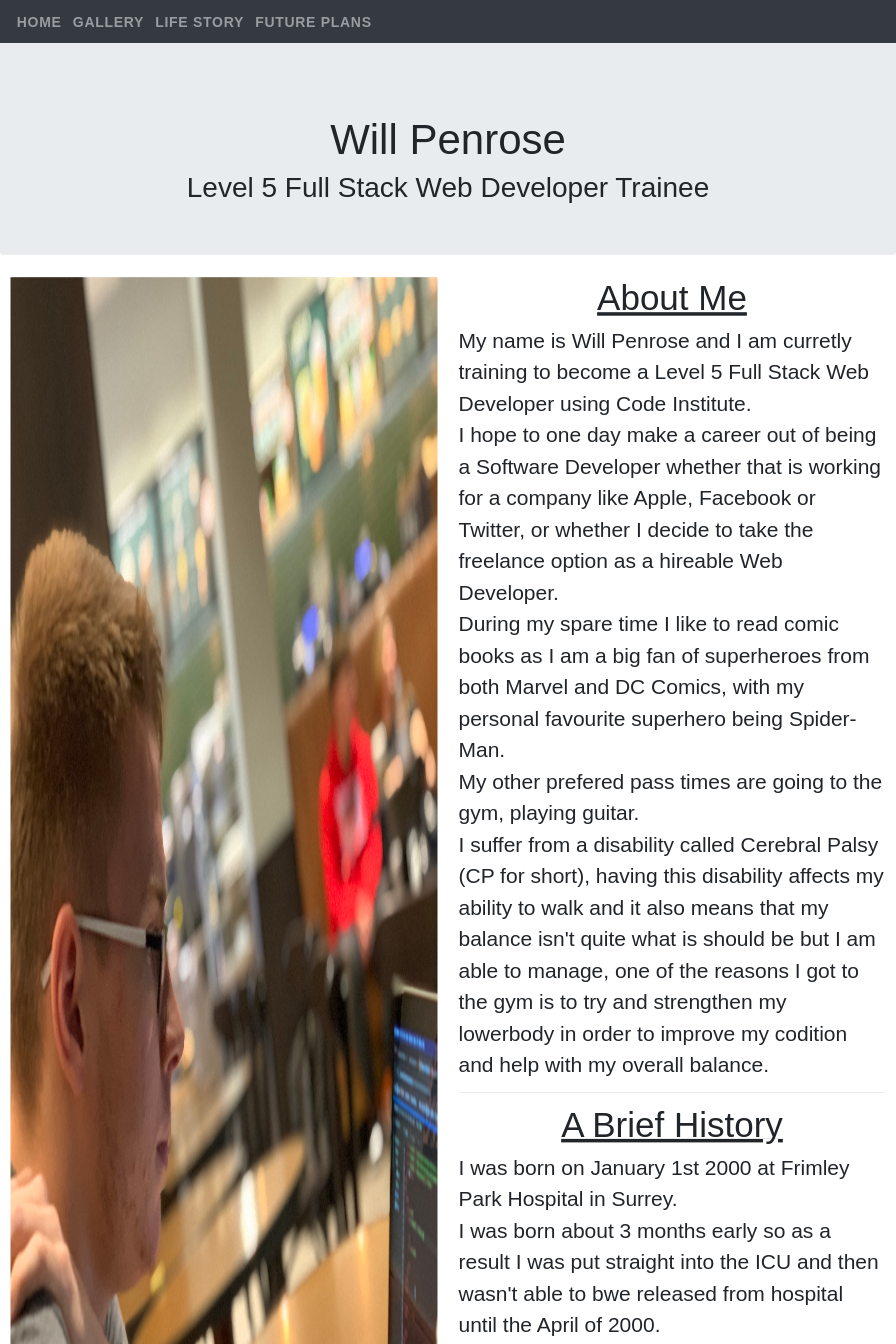
Repository: Code-Institute-Submissions/user-centric-frontend-dev-milestone-project
Page: index.html
The author's editor kept a record of every edit. The page is drawn from the files as they stood at one moment, then again after the next edit.
The browser window is 1280 px wide. The pictures show the part of the page from y = 0 to 1920 px (the page is 3505 px tall), at 70% of full size.
Some web fonts or font styles are not loaded; a fallback is used.

Above is the page before.

### index.html
<!DOCTYPE html>
<html lang="en">

<head>
    <meta charset="UTF-8">
    <meta name="viewport" content="width=device-width, initial-scale=1.0">
    <meta http-equiv="X-UA-Compatible" content="ie=edge">
    <link rel="stylesheet" href="assets/css/style.css" type="text/css" />
    <link rel="stylesheet" href="https://stackpath.bootstrapcdn.com/font-awesome/4.7.0/css/font-awesome.min.css" type="text/css" />
    <link rel="stylesheet" href="https://stackpath.bootstrapcdn.com/bootstrap/4.3.1/css/bootstrap.min.css" type="text/css" />
    <title>Will Penrose Autobiography</title>
</head>

<body>
    <header>
        <!--------------------------------------NAVBAR----------------------------->

        <nav class="navbar navbar-expand-sm navbar-dark bg-dark fixed-top text-uppercase">
            <button class="navbar-toggler" data-toggle="collapse" data-target="#collapse_target">
                <span class="navbar-toggler-icon"></span>
            </button>
            <div class="collapse navbar-collapse" id="collapse-target">
                <ul class="navbar-nav">
                    <li class="nav-item">
                        <a class="nav-link" href="index.html">Home</a>
                    </li>
                    <li class="nav-item">
                        <a class="nav-link" href="gallery.html">Gallery</a>
                    </li>
                    <li class="nav-item">
                        <a class="nav-link" href="story.html">Life Story</a>
                    </li>
                    <li class="nav-item">
                        <a class="nav-link" href="plans.html">Future Plans</a>
                    </li>
                </ul>
            </div>
        </nav>
        <!--------------------------------------JUMBOTRON----------------------------->
        <div class="container-fluid">
            <div class="row jumbotron">
                <div class="col-12 heading">
                    <h1 class="name">Will Penrose</h1>
                    <h2 class="title">Level 5 Full Stack Web Developer Trainee</h2>
                </div>
            </div>
        </div>
    </header>

    <!--------------------------------------MAIN CONTENT----------------------------->

    <section>
        <div class="container-fluid">
            <div class="row">
                <div class="col-sm-12 col-md-12 col-lg-6">
                    <img src="assets/images/will.jpg" class="image"></img>
                </div>
                <div class="col-sm-12 col-md-12 col-lg-6 home-paragraphs">
                    <h3 class="paragraph-heading">About Me</h3>
                    <p class="home-paragraphs">
                        My name is Will Penrose and I am curretly training to become a Level 5 Full Stack Web Developer using Code Institute.<br> I hope to one day make a career out of being a Software Developer whether that is working for a company like
                        Apple, Facebook or Twitter, or whether I decide to take the freelance option as a hireable Web Developer.<br> During my spare time I like to read comic books as I am a big fan of superheroes from both Marvel and DC Comics, with
                        my personal favourite superhero being Spider-Man.<br> My other prefered pass times are going to the gym, playing guitar.<br> I suffer from a disability called Cerebral Palsy (CP for short), having this disability affects my ability
                        to walk and it also means that my balance isn't quite what is should be but I am able to manage, one of the reasons I got to the gym is to try and strengthen my lowerbody in order to improve my codition and help with my overall
                        balance.
                    </p>
                    <hr>
                    <h3 class="paragraph-heading">A Brief History</h3>
                    <p class="home-paragraphs">
                        I was born on January 1st 2000 at Frimley Park Hospital in Surrey.<br> I was born about 3 months early so as a result I was put straight into the ICU and then wasn't able to bwe released from hospital until the April of 2000.<br>                        It wasn't until I was about 2 years old that I was diagnosed with CP, due to being told that I have CP I did not walk until the age of 4 and even then it took a very long while for mw to become cofident, I was able to get sround
                        by using walking aids such as frames or even things like door frames to help keep me steady.<br> My childhood was quite a wild ride, I went from living with my Mum until the age of 7 and then I moved in with my Dad and younger
                        brother Cooper until the age of 13, at which time I moved back in with my Mum until I was 15.<br> Finally I moved out of livng eith my Mum and moved into accommodation funded by the group known as Step By Step which is where I
                        am at this current time.
                    </p>
                    <hr>
                    <h3 class="paragraph-heading">Work History</h3>
                    <p class="home-paragraphs">
                        My work history isnt that full but over time I wish to add a programming position of some description to it.<br>
                        <ul>
                            <li>
                                TravelEx: April 2018 - August 2018
                            </li>
                            <li>
                                CurrysPCWorld: November 2018 - May 2019
                            </li>
                            <li>
                                Carphone Warehouse: May 2019 - August 2019
                            </li>
                            <li>
                                CurrysPCWorld: August 2019 - Present
                            </li>
                        </ul>
                    </p>
                </div>
            </div>
        </div>
    </section>
    <!--------------------------------------FOOTER----------------------------->
    <footer>
        <div class="container-fluid">
            <div class="row">
                <div class="col-sm-4 footer-paragraph">
                    <h4 class="footer-section text-uppercase">Email Me:</h4>
                    <p>
                        Want to get into contact with me?<br> Click the evelope and fill out the contact me form:
                        <br>
                        <a href="contact.html" target="_blank">
                            <i class="fa fa-at email" aria-hidden="true"></i>
                            <span class="sr-only">Email</span>
                        </a>
                    </p>
                </div>
                <div class="col-sm-4 footer-paragraph">
                    <h4 class="footer-section text-uppercase social-links">GitHub</h4>
                    <p>
                        Want to see how I made this website a long with my other projects? Feel free to browse my GitHub!
                        <br>
                        <a href="https://github.com/mrwillpenrose" target="_blank">
                            <i class="fa fa-github" aria-hidden="true"></i>
                            <span class="sr-only">GitHub</span>
                        </a>
                    </p>
                </div>
                <div class="col-sm-4 footer-paragraph">
                    <h4 class="footer-section text-uppercase">Socials</h4>
                    <ul class="list-inline social-links">
                        <li class="list-inline-item">
                            <a href="https://www.facebook.com/will.penrose.94" target="_blank">
                                <i class="fa fa-facebook" aria-hidden="true"></i>
                                <span class="sr-only">Facebook</span>
                            </a>
                        </li>
                        <li class="list-inline-item">
                            <a href="https://twitter.com/WillP3nrose" target="_blank">
                                <i class="fa fa-twitter" aria-hidden="true"></i>
                                <span class="sr-only">Twitter</span>
                            </a>
                        </li>
                        <li class="list-inline-item">
                            <a href="https://www.instagram.com/mrwillpenrose/" target="_blank">
                                <i class="fa fa-instagram" aria-hidden="true"></i>
                                <span class="sr-only">Instagram</span>
                            </a>
                        </li>
                        <li class="list-inline-item">
                            <a href="https://imgur.com/5HMoy86" target="_blank">
                                <i class="fa fa-snapchat" aria-hidden="true"></i>
                                <span class="sr-only">Snapchat</span>
                            </a>
                        </li>
                    </ul>
                </div>
            </div>
        </div>
    </footer>
</body>

</html>

### assets/css/style.css
@import url('https://fonts.googleapis.com/css?family=Odibee+Sans&display=swap:100,200,300,400,500,600,700|PT Sans Narrow:100,200,300,400,500,600,700');

/*---------------------------Navbar*/

.navbar {
    font-family: "Odibee Sans", sans-serif;
    font-size: 20px;
    letter-spacing: 1px;
    font-weight: 600;
}

/*---------------------------General*/

.inline-block {
    display: inline-block;
}

/*---------------------------Home Page Heading*/

.heading {
    text-align: center;
    margin: 0;
    padding-top: 100px;
}

img {
    width: 100%;
    height: 100%;
}

.jumbotron .name {
    font-family: "Odibee Sans", sans-serif;
    font-weight: 500;
    font-size: 60px
}

.jumbotron .title {
    font-family: "PT Sans Narrow", sans-serif;
    font-weight: 300;
    font-size: 40px
}

/*----------------------Home Page Text*/

.paragraph-heading {
    font-family: "Odibee Sans", sans-serif;
    font-size: 50px;
    text-align: center;
    text-decoration: underline;

}

.home-paragraphs {
    font-family: "PT Sans Narrow", sans-serif;
    font-size: 30px;
    width: 100%;
}

/*----------------------Media Quires*/

@media (max-width: 992px) {
    .home-paragraphs {
        padding-top: 20px;
    }
}

/*----------------------Contact Form*/

.contact-title {
    text-align: center;
}

/*----------------------Footer and Socials*/

footer {
    background-color: #343a40;
    color: rgba(255, 255, 255, 0.5);
    margin-top: 10px
}

.footer-paragraph {
    font-family: "PT Sans Narrow", sans-serif;
    text-align: center;
    font-size: 20px;
    font-weight: 400;
}

.footer-section {
    padding-top: 30px;
    text-align: center;
    font-family: "Odibee Sans", sans-serif;
    letter-spacing: 1px;
    font-size: 20px;
    font-weight: 600;
}

/*----------------------Footer Icons*/

.social-links li a i {
    width: 64px;
    height: 64px;
    color: #fff;
    padding: 30px;
}


p a i {
    width: 64px;
    height: 64px;
    color: #fff;
    padding-top: 20px;
}


/*----------------------Story Page*/

.story {
    margin: 0;
    padding-top: 100px;
}

.story-heading {
    font-family: "Odibee Sans", sans-serif;
    font-size: 50px;
    text-align: center;
}

.story-paragraphs {
    font-family: "PT Sans Narrow", sans-serif;
    font-size: 30px;
    display: inline-block;
}


/*----------------------Story Subheadings*/

.birth-subheading {
    font-family: "Odibee Sans", sans-serif;
    font-size: 40px;
    text-align: left;
    text-decoration: underline;
    padding-bottom: 10px
}

.years-subheading {
    font-family: "Odibee Sans", sans-serif;
    font-size: 40px;
    text-align: left;
    text-decoration: underline;
    padding-bottom: 10px
}

.leading-subheading {
    font-family: "Odibee Sans", sans-serif;
    font-size: 40px;
    text-align: left;
    text-decoration: underline;
    padding-bottom: 10px
}

.teen-subheading {
    font-family: "Odibee Sans", sans-serif;
    font-size: 40px;
    text-align: left;
    text-decoration: underline;
    padding-bottom: 10px
}

.present-subheading {
    font-family: "Odibee Sans", sans-serif;
    font-size: 40px;
    text-align: left;
    text-decoration: underline;
    padding-bottom: 10px
}


/*----------------------Gallery Page*/

.gallery {
    margin: 0;
    padding-top: 100px;
}

.gallery-heading {
    font-family: "Odibee Sans", sans-serif;
    font-size: 50px;
    text-align: center;
}

/*----------------------Gallery Images*/

.toprow {
    border-style: solid;
    border-width: 5px;
    border-color: #000;
    max-width: 100%;
    height: auto;
    padding-right: 10px;
    padding-left: 10px;
}

.image_group {
    font-family: "PT Sans Narrow", sans-serif;
    font-size: 25px;
    font-weight: 700;
    padding: 30px;
    text-align: center;
    text-decoration: underline;
}

.second-row {
    border-style: solid;
    border-width: 5px;
    border-color: #000;
    max-width: 100%;
    height: auto;
    padding-right: 10px;
    padding-left: 10px;
}

.third-row {
    border-style: solid;
    border-width: 5px;
    border-color: #000;
    max-width: 100%;
    height: auto;
    padding-right: 10px;
    padding-left: 10px;
}

After the next edit:
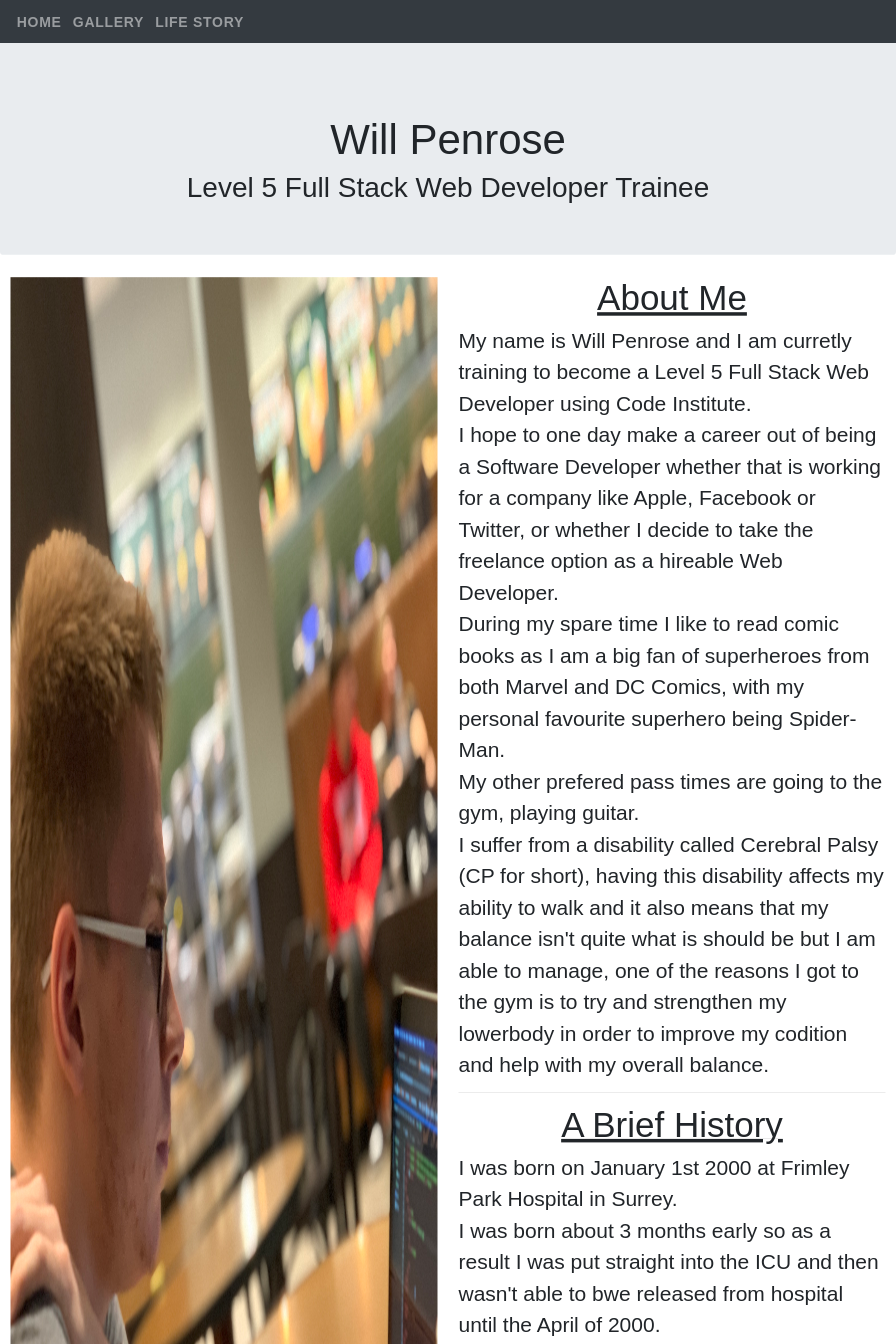
The edit:
--- a/index.html
+++ b/index.html
@@ -29,9 +29,6 @@
                     </li>
                     <li class="nav-item">
                         <a class="nav-link" href="story.html">Life Story</a>
-                    </li>
-                    <li class="nav-item">
-                        <a class="nav-link" href="plans.html">Future Plans</a>
                     </li>
                 </ul>
             </div>
